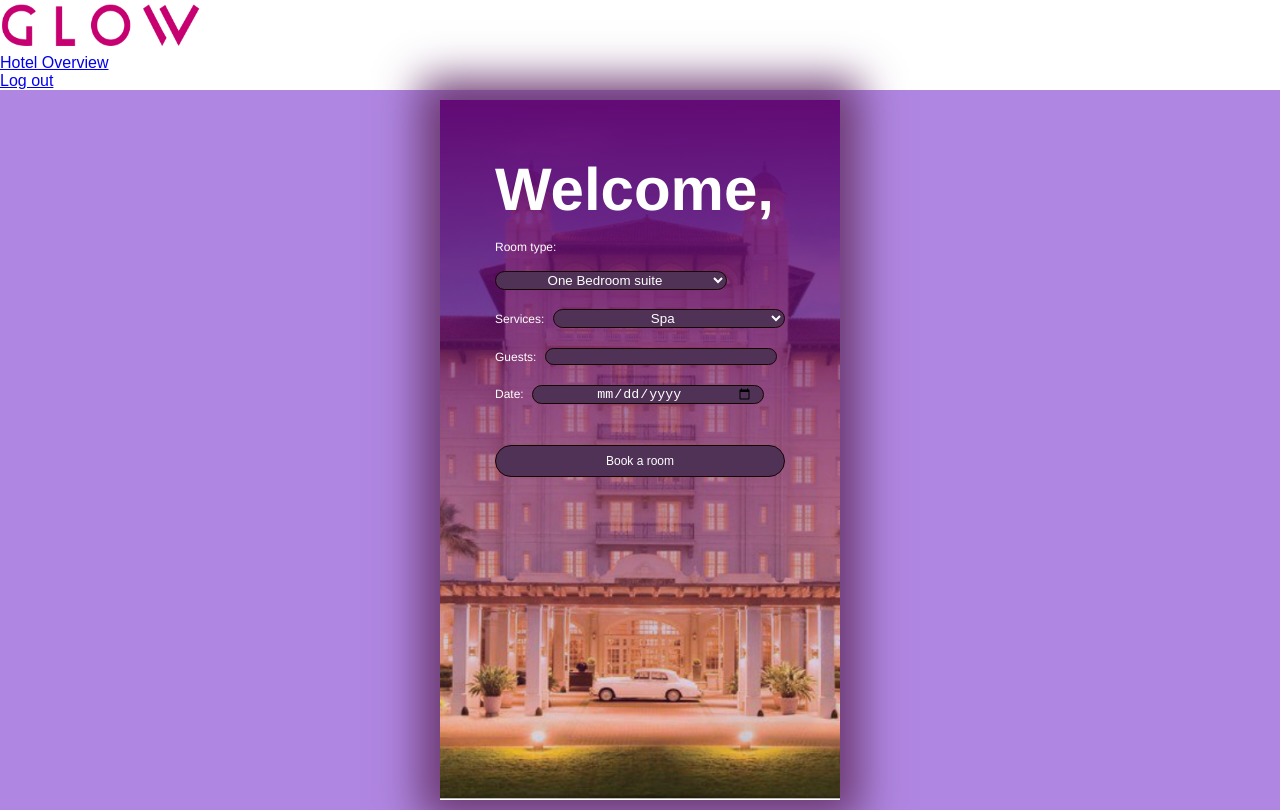
Repository: M-p1998/solo-dojo-project
Page: http://localhost/hotel/WEB-INF/hotel/room.jsp
An editor plug-in stored every save of this project. The page is shown before and after the next save, followed by the edit.
The browser window is 1280 px wide. The pictures show the whole page.
The page is served by Tomcat 9. Nobody is signed in. Other server files are loaded and not shown. The template is opened directly, without the code that normally fills it, so the values that code supplies are empty.

Above is the page before, as saved 2022-02-14 19:08:14.

### hotel/src/main/webapp/WEB-INF/hotel/room.jsp
<%@ page language="java" contentType="text/html; charset=UTF-8"
    pageEncoding="UTF-8"%>
<%@ taglib prefix="c" uri="http://java.sun.com/jsp/jstl/core" %>
<%@ taglib prefix="form" uri="http://www.springframework.org/tags/form"%>
<!DOCTYPE html>
<html>
<head>
<meta charset="UTF-8">
<title>Book a room</title>
<link href="/css/room.css" rel="stylesheet" type="text/css">
</head>
<body>


		<header>
				<img class="logo" src="/image/hotelLogo.png"
					width="200" height="50">

					<nav>
					<ul class="nav_links">
						<li class="nav-item active "><a  href="/">Hotel Overview</a></li>
						<li class="nav-item active "><a  href="/logout">Log out</a></li>
					</ul>
					</nav>
			</header>

	<div class="container">
		<div class="card">
			<div class="box" id="card">
			<div class="card-front">
				<h1>Welcome, ${user.firstName}</h1>
				<form:form action="/create" method="post" modelAttribute="createARoom">
					<form:input type="hidden" value="${userId}" path="user"/>
					<p>
						<form:label path="room_type" class="title" >Room type:</form:label>
						<form:errors path="room_type" class="error"/>
						<form:select path="room_type" class="input-box" >

								<option class="title">One Bedroom suite</option>
								<option class="title">Presidential suite</option>
								<option class="title">Luxury suite</option>
								<option class="title">Signature suite</option>
								<option class="title">Master suite </option>
						</form:select>

					</p>
					<p>
						<form:label path="services" class="title">Services:</form:label>
						<form:errors path="services" class="error"/>
						<form:select path="services" class="input-box">

								<option >Spa</option>
								<option >Golf</option>
								<option >Meeting</option>
								<option >Wedding</option>
						</form:select>
					</p>
					<p>
						<form:label path="guests" class="title">Guests:</form:label>
						<form:errors path="guests" class="error"/>
						<form:input path="guests" type="number" min="0" max="5" class="input-box"/>
					</p>
					<p>
						<form:label path="date" class="title">Date:</form:label>
						<form:errors path="date" class="error"/>
						<form:input path="date" type="date" class="input-box" placeholder="Pick a date"/>
					</p>
					<input type="submit"  class="btn" value="Book a room"/>
				</form:form>
				</div>
			</div>
		</div>
	</div>
</body>
</html>

### hotel/src/main/webapp/css/room.css
@charset "UTF-8";

*{
	margin: 0;
	padding: 0;
}

body{
	font-family: sans-serif;
}

#nav-bar{
	position: sticky;
	top: 0;
	z-index: 10;

}

.navbar{
	background-image: linear-gradient(rgba(98, 10, 117),  rgba(0,0,255,0));
	padding: 0!important;
	background-color: orange;
}

.navbar-nav li{
	padding: 0 10px;
}

.navbar-nav li a{
	color: black;
	font-weight: 600;
	float: right;
	text-align: left;
}

#nav-bar ul li a:hover{
	color: orange !important;
}

.fa-bars{
	color: #fff;
	font-size: 30px !important;
}

.navbar-toggler{
	outline: none !important;
}

/* -----------room------------ */
.container{
	/* width:"100%";*/
	height: 100vh;
	width: 100%;
	max-width: 150rem;
	font-family:Helvetica;
	background: rgb(175, 134, 225);
	color: #fff;
	display:flex;
	align-items: center;
	justify-content: center;
}

.card{
	width:400px;
	height:700px;
	box-shadow: 0 0 40px 20px rgba(108 57 113);
	perspective: 1000px;
}

.box{
	position: relative;
	width: 100;
	height: 100%;
	transition: transform 1s;
	transform-style: preserve-3d;
}

.card-front{
	position: absolute;
	width: 100%;
	height: 100%;
	background-position: center;
	background-size: cover;
	background-image: linear-gradient(rgba(98, 10, 117), rgba(0,0,255,0)), url(/image/hotel.png);
	padding: 55px;
	box-sizing: border-box;
	backface-visibility: hidden;
	font-size: 30px;
}

.input-box{
	width: 80%;
	background: rgb(79, 50, 86);
	border: 1px solid #180503;
	margin: 6px 0;
	height: 32 px;
	border-radius: 100px;
	padding: 0 10px;
	box-sizing: border-box;
	outline: none;
	text-align: center;
	color: #fff;
}

.btn{
	width: 100%;
	background: rgb(79, 50, 86);
	border: 1px solid #180503;
	margin: 35px 0 10px;
	height: 32px;
	font-size: 12px;
	border-radius: 100px;
	padding: 0 10px;
	box-sizing: border-box;
	outline: none;
	color: #fff;
	cursor: pointer;
}
.title{
	color: #fff;
	font-size: 12px;
}

.card a{
	color: #fff;
	text-decoration: none;
	display: block;
	text-align: center;
	font-size: 13px;
	margin-top: 8px;

}

After the next save:
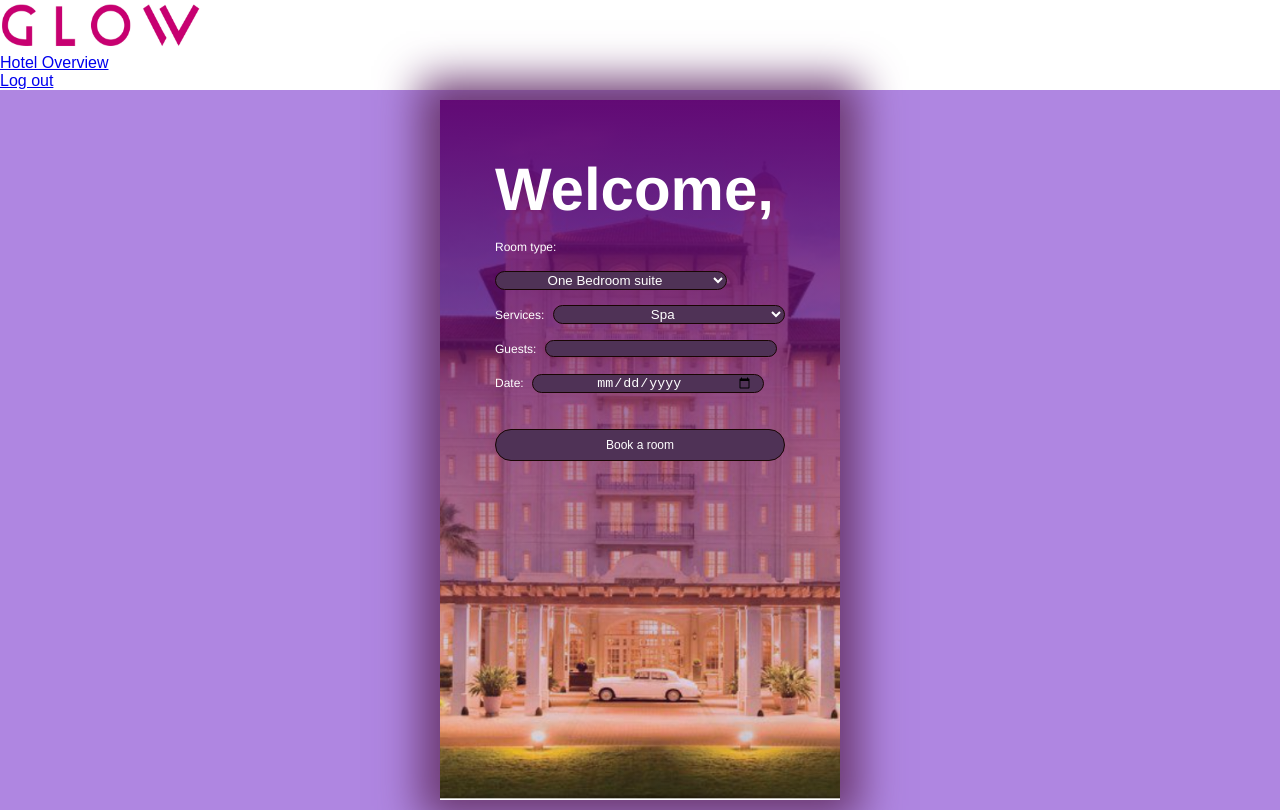
Saved 2 min 35 s later.
--- a/hotel/src/main/webapp/css/room.css
+++ b/hotel/src/main/webapp/css/room.css
@@ -92,7 +92,7 @@
 	width: 80%;
 	background: rgb(79, 50, 86);
 	border: 1px solid #180503;
-	margin: 6px 0;
+	/* margin: 6px 0; */
 	height: 32 px;
 	border-radius: 100px;
 	padding: 0 10px;
@@ -120,13 +120,3 @@
 	color: #fff;
 	font-size: 12px;
 }
-
-.card a{
-	color: #fff;
-	text-decoration: none;
-	display: block;
-	text-align: center;
-	font-size: 13px;
-	margin-top: 8px;
-
-}

After the save that followed:
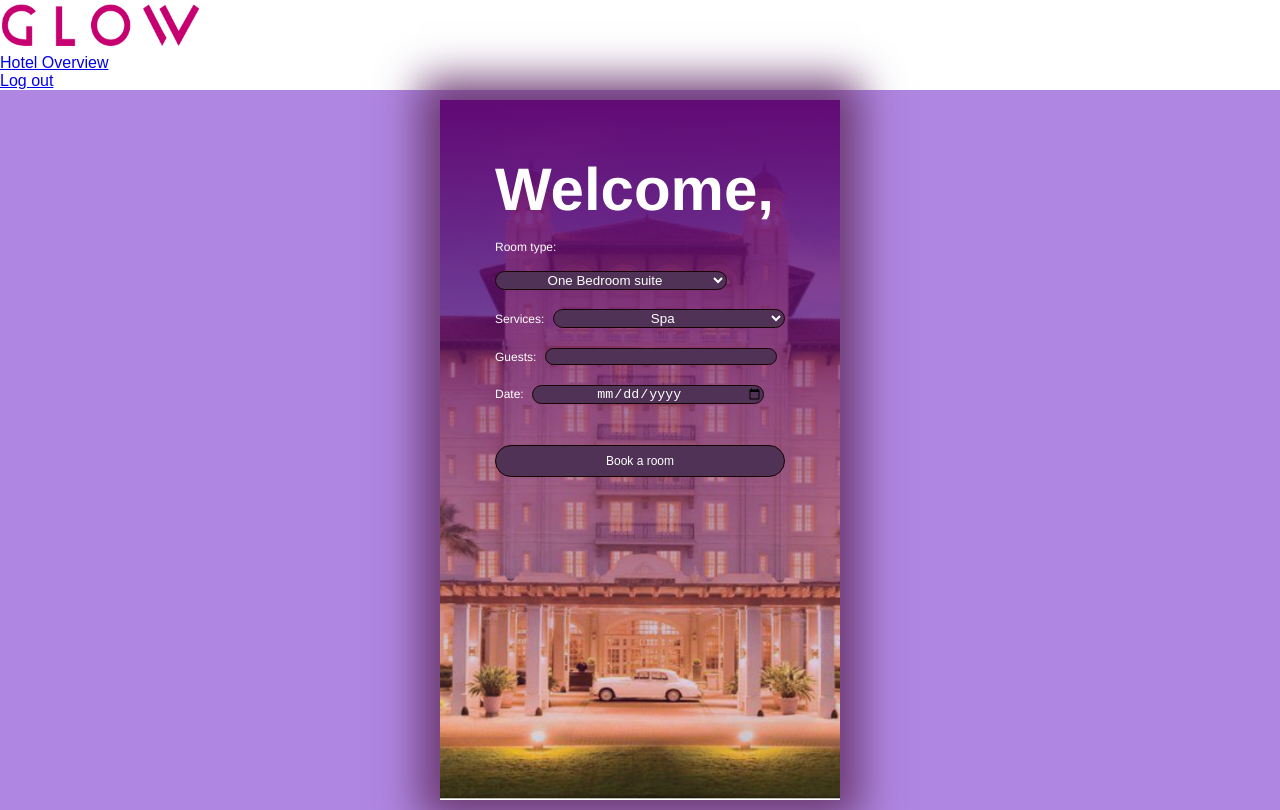
Saved 28 s later.
--- a/hotel/src/main/webapp/css/room.css
+++ b/hotel/src/main/webapp/css/room.css
@@ -92,10 +92,10 @@
 	width: 80%;
 	background: rgb(79, 50, 86);
 	border: 1px solid #180503;
-	/* margin: 6px 0; */
+	margin: 6px 0;
 	height: 32 px;
 	border-radius: 100px;
-	padding: 0 10px;
+	/* padding: 0 10px; */
 	box-sizing: border-box;
 	outline: none;
 	text-align: center;
